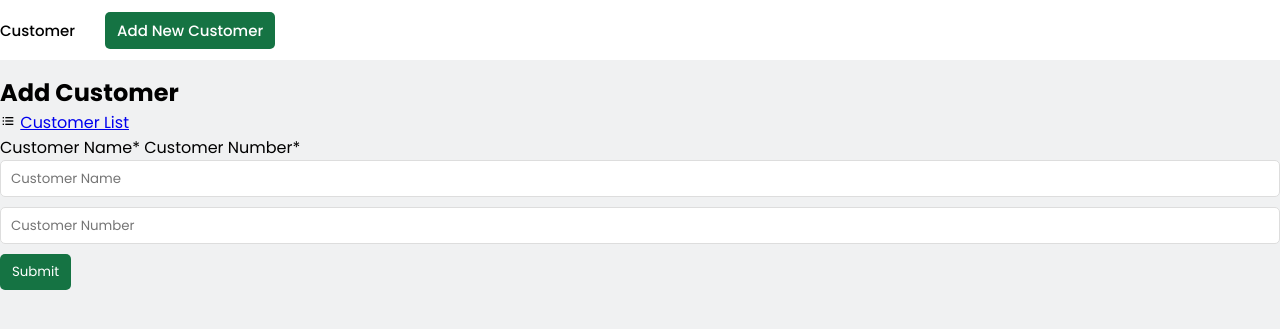
Repository: codebyaddro/customer-page
Page: pages/html/ancus.html
The author's editor kept a copy of each file at every save. The page is drawn from the files as they stood at one save, then again after a run of saves.
The browser window is 1280 px wide. The pictures show the whole page.

Above is the page before, as saved 2025-02-20 15:09:42.

### pages/html/ancus.html
<!DOCTYPE html>
<html lang="en">
<head>
    <meta charset="UTF-8">
    <meta name="viewport" content="width=device-width, initial-scale=1.0">
    <!-- CSS -->
    <link rel="stylesheet" href="/pages/css/ancus.css">
    <!-- Icons -->
    <link href='https://unpkg.com/boxicons@2.1.4/css/boxicons.min.css' rel='stylesheet'>
    <title>Add New Customer - Page</title>
</head>
<body style="background-color: var(--gray-white);">
    <div class="cba-add-new-cus-container">
        <div class="cba-ancus-top-menus">
            <ul>
                <li><a href="/index.html" class="cba-ancus-light-up">Customer</a></li>
                <li><a href="/inner-pages/html/anc.html" class="cba-ancus-active-menu">Add New Customer</a></li>
            </ul>
        </div>
        <div class="cba-ancus-add-container">
            <div class="cba-ancus-heading-add-new-btn">
                <div class="cba-ancus-heading">
                    <h2>Add Customer</h2>
                </div>
                <div class="cba-ancus-cate-list-btn">
                    <i class='cba-ancus-add-icon bx bx-list-ul'></i>
                    <a href="/index.html">Customer List</a>
                </div>
            </div>
            <div class="cba-ancus-category-add-field">
                <div class="cba-ancus-form-con">
                    <div class="cba-ancus-label">
                        <label for="customer-name">Customer Name<span class="cba-ancus-required">*</span></label>
                        <label for="customer-number">Customer Number<span class="cba-ancus-required">*</span></label>
                    </div>
                    <div class="cba-ancus-input">
                        <input type="text" name="customer-name" id="customer-name" placeholder="Customer Name">
                        <input type="text" name="customer-number" id="customer-number" placeholder="Customer Number">
                        <div class="cba-ancus-submit-btn">
                            <input type="submit">
                        </div>
                    </div>
                </div>
            </div>
        </div>
    </div>
</body>
</html>

### pages/css/ancus.css
/* -- fonts -- */
@import url('https://fonts.googleapis.com/css2?family=Poppins:ital,wght@0,100;0,200;0,300;0,400;0,500;0,600;0,700;0,800;0,900;1,100;1,200;1,300;1,400;1,500;1,600;1,700;1,800;1,900&family=Raleway:ital,wght@0,100..900;1,100..900&family=Roboto:ital,wght@0,100;0,300;0,400;0,500;0,700;0,900;1,100;1,300;1,400;1,500;1,700;1,900&family=VT323&display=swap');

/* -- root -- */

:root {
    --gray-white: #F0F1F2;
    --white: #FFFFFF;
    --black: #000000;
    --gray-black: #DDDDDD;
    --light-black: #212523;
    --main-green: #157343;
    --main-light: #37A000;
    --light-orange: #FD7E14;
    --green: #008000;
    --light-green: #e9f6ec;
    --red: #FF0000;
    --light-red: #fbeaec;
}

/* --universal style -- */

* {
    margin: 0;
    padding: 0;
    box-sizing: border-box;
    font-family: "Poppins", serif;
}

/* -- website app text selection cursor style */

::selection {
    color: var(--white);
    background-color: var(--main-light);
}

/* -- add new container style -- */

.cba-add-new-cus-container {
    width: 100%;
}

/* -- top menus style--  */

.cba-ancus-top-menus {
    background-color: var(--white);
    display: flex;
    justify-content: left;
    align-items: center;
    height: 60px;
    padding: 0px 20px;
    margin-bottom: 15px;
}

.cba-ancus-top-menus ul {
    list-style-type: none;
    display: flex;
    gap: 30px;
    margin-left: -20px;
}

.cba-ancus-top-menus ul li a {
    text-decoration: none;
    color: var(--black);
    font-size: 15px;
    font-weight: 500;
}

/* -- active menu style -- */

.cba-ancus-active-menu {
    color: var(--white)!important;
    background-color: var(--main-green);
    padding: 8px 12px;
    border-radius: 5px;
}

/* -- menu hover style -- */

.cba-ancus-light-up:hover {
    color: var(--light-orange);
}

/* -- list container style -- */

.add-container {
    background-color: var(--white);
    padding: 0px 20px;
}

/* -- heading-add-new-btn style -- */

.heading-add-new-btn {
    display: flex;
    justify-content: space-between;
    align-items: center;
    border-bottom: 1px solid var(--gray-black);
}

.heading h2 {
    color: var(--light-black);
    font-size: 25px;
    font-weight: 500;
}

/* -- add-new-btn style -- */

.cate-list-btn {
    display: flex;
    gap: 5px;
    justify-content: baseline;
    align-items: center;
}

.cate-list-btn {
    background-color: var(--main-green);
    padding: 5px 10px;
    border-radius: 5px;
}

.cate-list-btn a {
    color: var(--white);
    text-decoration: none;
}

.add-icon {
    color: var(--white);
    font-size: 20px;
}

/* -- category add field style -- */

/* -- label red star style -- */
.required {
    color: var(--red);
}

.category-add-field {
    width: 50%;
    padding-top: 30px;
    padding-bottom: 20px;
}

.form-con {
    display: grid;
    gap: 20px;
    grid-template-columns: 25% 75%;
}

.form-con .label {
    display: flex;
    justify-content: left;
    flex-direction: column;
}

.form-con .input {
    display: flex;
    justify-content: left;
    flex-direction: column;
    width: 500px;
}

.form-con .label label {
    color: var(--light-black);
    font-size: 15px;
    font-weight: 500;
    margin-bottom: 22.5px;
}

input[type="text"] {
    width: 100%;
    padding: 7.5px 10px;
    border: 1px solid var(--gray-black);
    border-radius: 5px;
    outline: none;
    margin-top: 0px;
    margin-bottom: 10px;
}

select {
    width: 100%;
    padding: 7.5px 10px;
    border: 1px solid var(--gray-black);
    border-radius: 5px;
    outline: none;
    appearance: none;
}

.submit-btn {
    display: flex;
    justify-content: right;
    margin-top: 10px;
}

input[type="submit"] {
    background-color: var(--main-green);
    color: var(--white);
    border: none;
    border-radius: 5px;
    padding: 8px 12px;
    cursor: pointer;
}

After the next 2 saves:
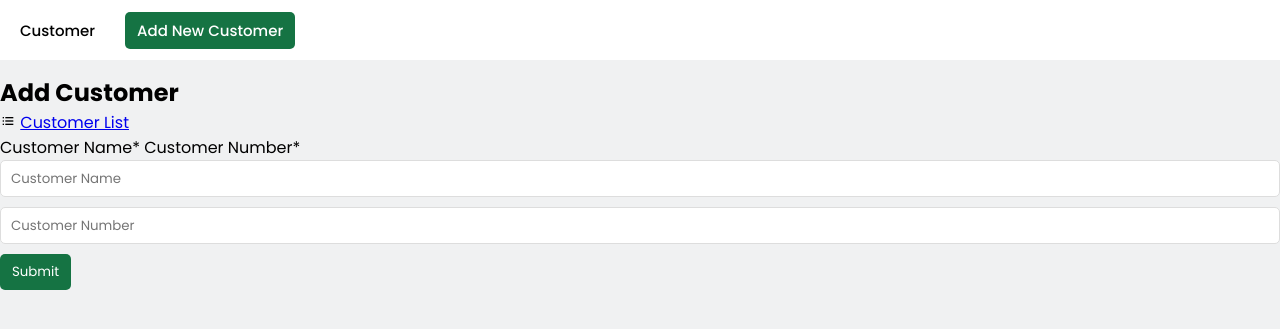
The 2 saves are shown as one change because they came seconds apart.
The last was saved 12 s later.
--- a/pages/css/ancus.css
+++ b/pages/css/ancus.css
@@ -48,7 +48,7 @@
     justify-content: left;
     align-items: center;
     height: 60px;
-    padding: 0px 20px;
+    padding: 0px 40px;
     margin-bottom: 15px;
 }
 
